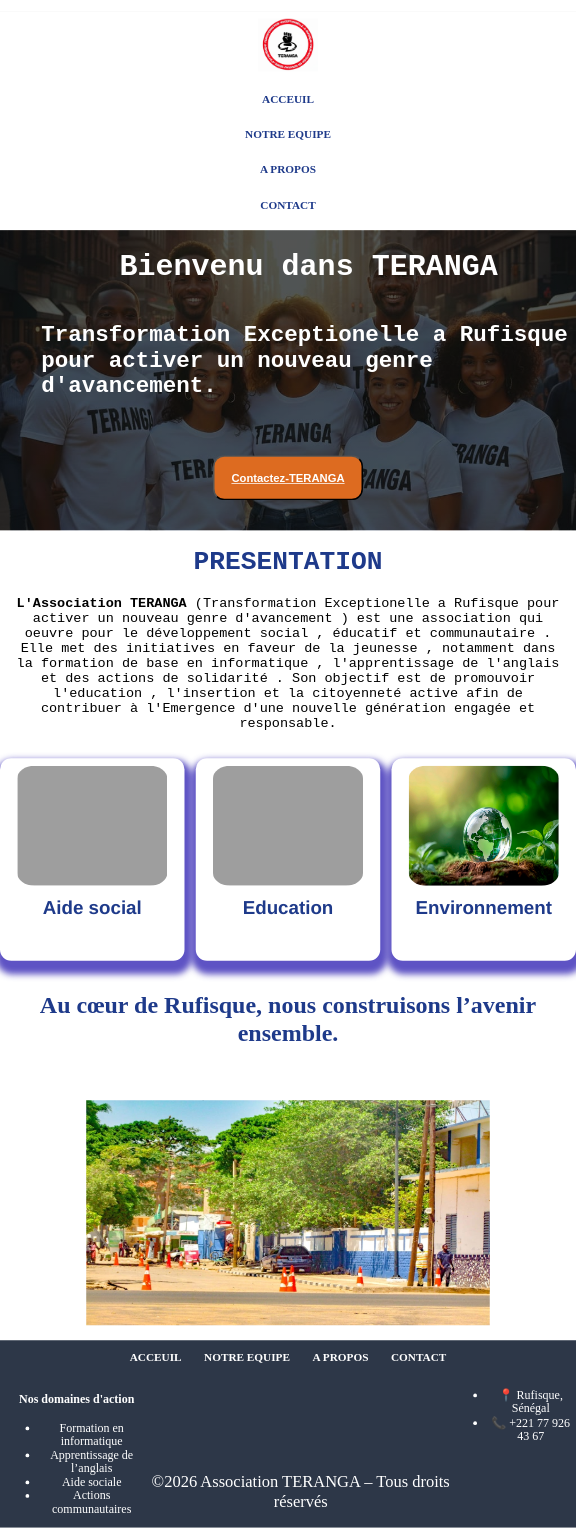
Repository: assanendao171/projet-teranga
Page: acceuil.html
An editor plug-in stored every save of this project. The page is shown before and after the next save, followed by the edit.
The browser window is 768 px wide. The pictures show the whole page, at 75% of full size.
Pictures or frames that could not be fetched are drawn as grey boxes.

Above is the page before, as saved 2026-02-13 13:10:17.

After the next save:
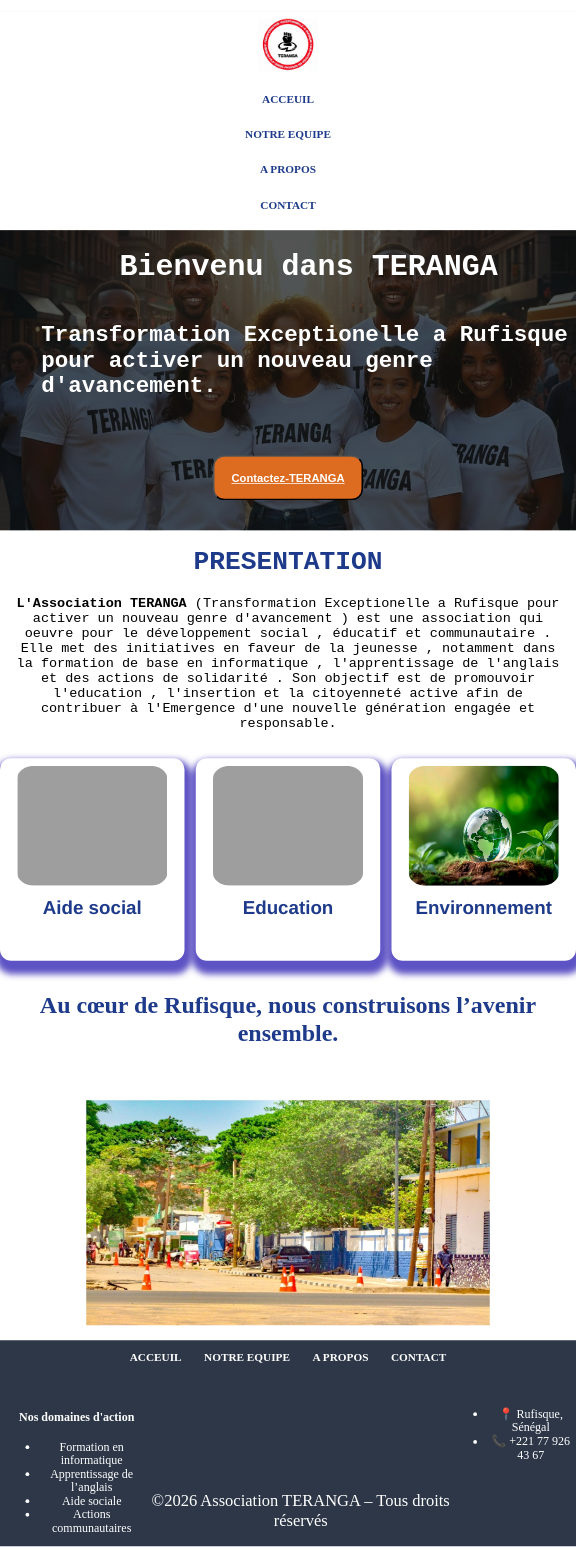
Saved 4 s later.
--- a/acceuil.css
+++ b/acceuil.css
@@ -275,7 +275,6 @@
    text-align:center;
 }
 .bloc-footer{
-.bloc-footer{
     display: flex;
     flex-direction: column;
     align-items: center;

After the save that followed:
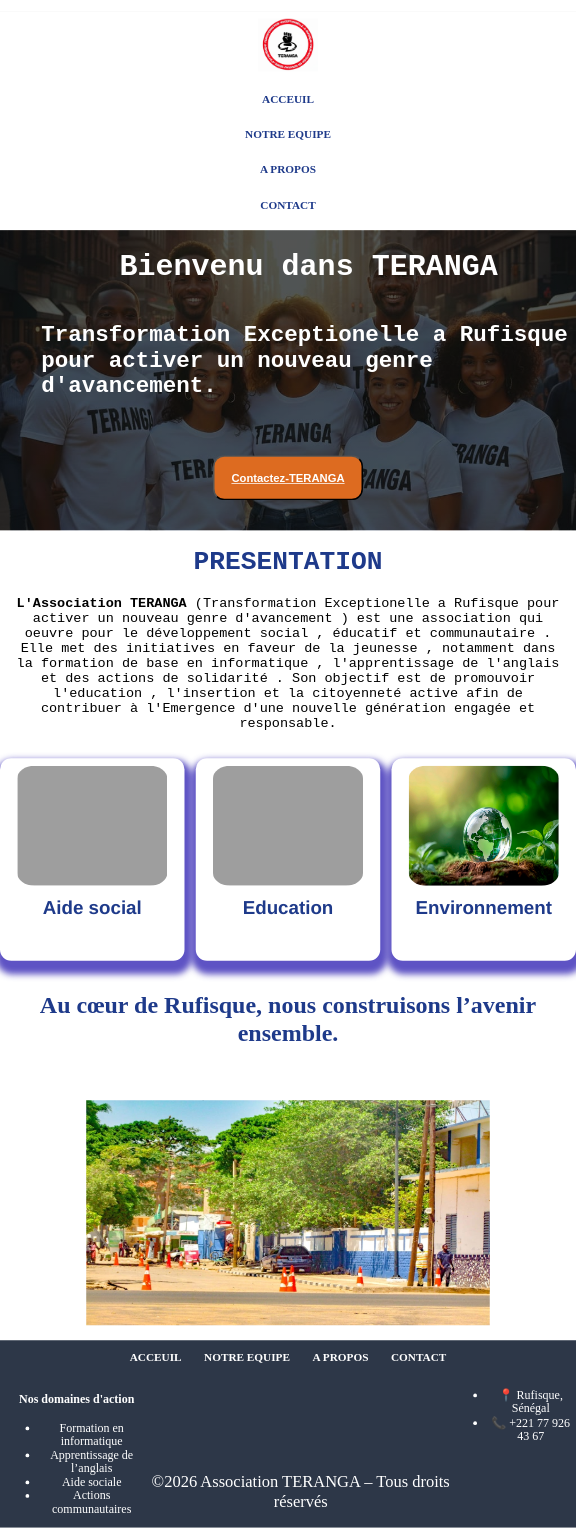
Saved 13 s later.
--- a/acceuil.css
+++ b/acceuil.css
@@ -275,6 +275,7 @@
    text-align:center;
 }
 .bloc-footer{
+.bloc-footer{
     display: flex;
     flex-direction: column;
     align-items: center;
